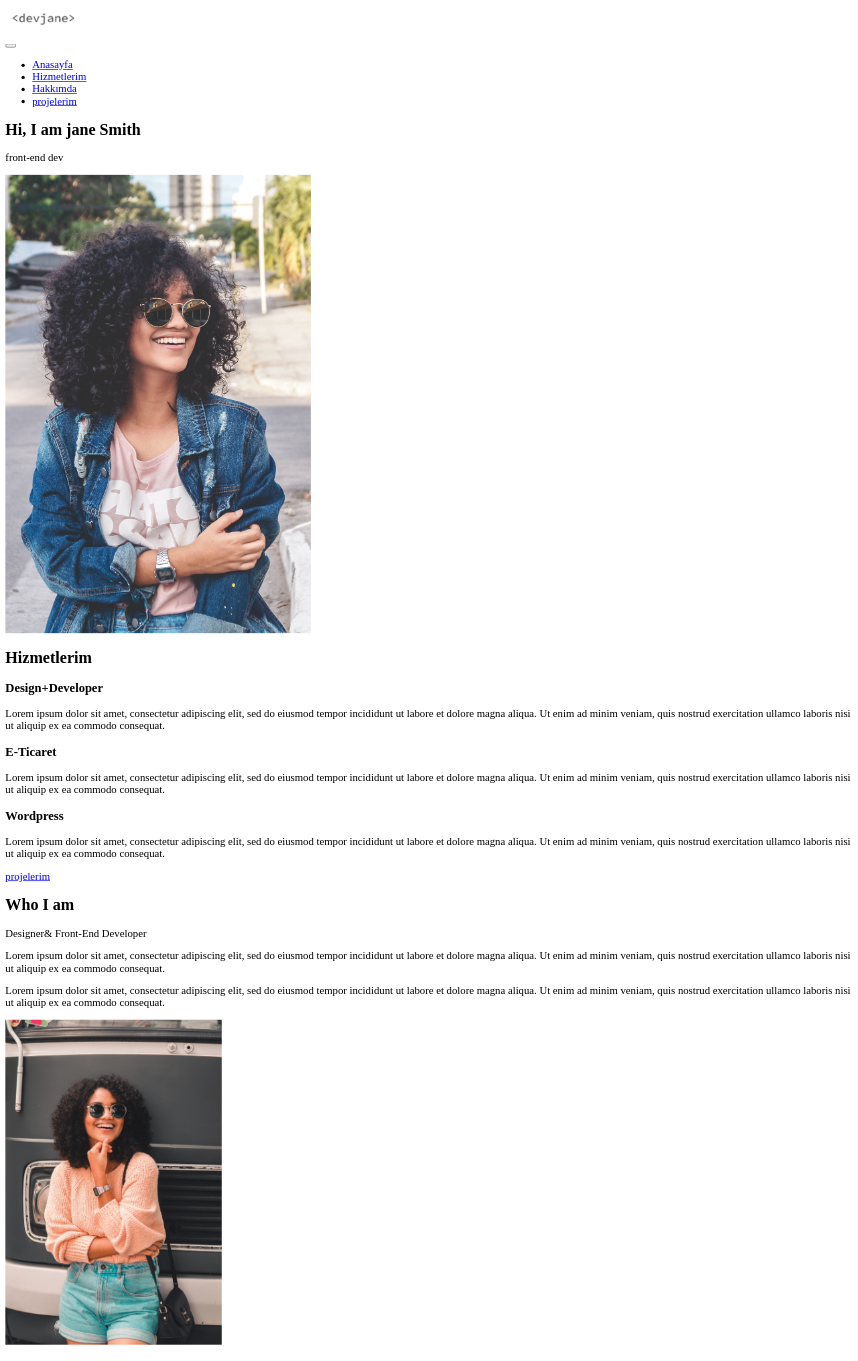
Repository: denizangin/portfolyo
Page: index.html
An editor plug-in stored every save of this project. The page is shown before and after a run of saves, followed by the edit.
The browser window is 1280 px wide. The pictures show the whole page, at 67% of full size.

Above is the page before, as saved 2024-08-01 04:05:22.

After the next 5 saves:
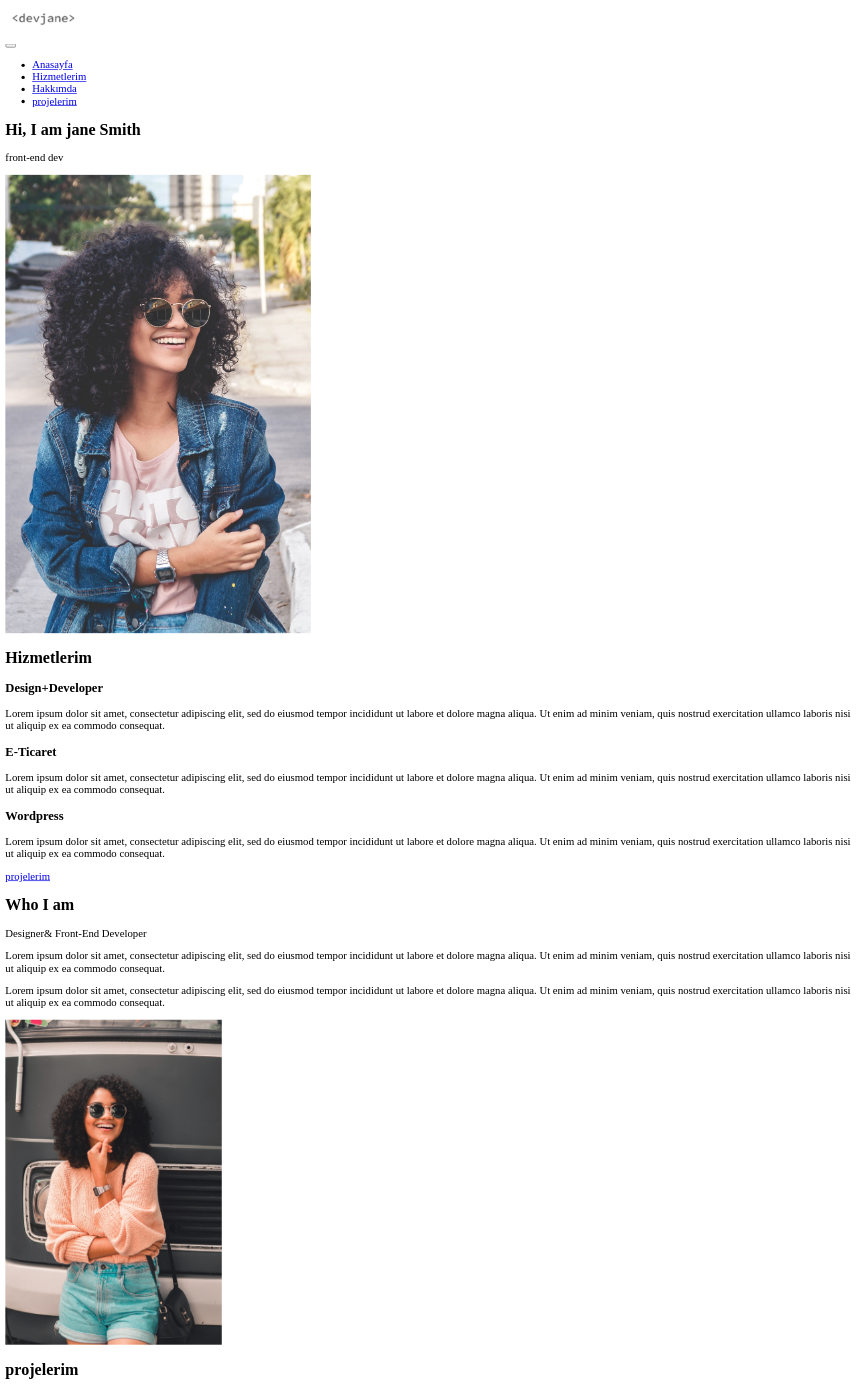
The 5 saves are shown as one change because they came seconds apart.
The last was saved 19 s later.
--- a/index.html
+++ b/index.html
@@ -93,7 +93,7 @@
 
     <!--My Work-->
      <section class="my-work" id="work">
-        <h2 class= "section__title"
+        <h2 class= "section__title"> projelerim </h2>
 
 
      </section>
